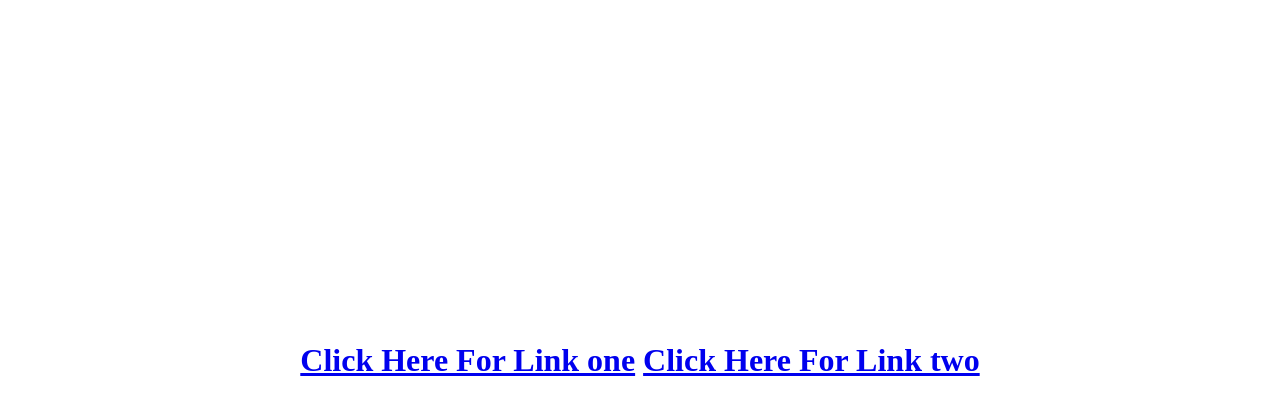
Repository: deeptimahisare1206/Spring_MVC
Page: http://localhost/Spring_MVC_1/
The author's editor kept a copy of each file at every save. The page is drawn from the files as they stood at one save, then again after the next save.
The browser window is 1280 px wide. The pictures show the whole page.
The page is served by Tomcat 9.

Above is the page before, as saved 2024-11-26 11:10:03.

After the next save:
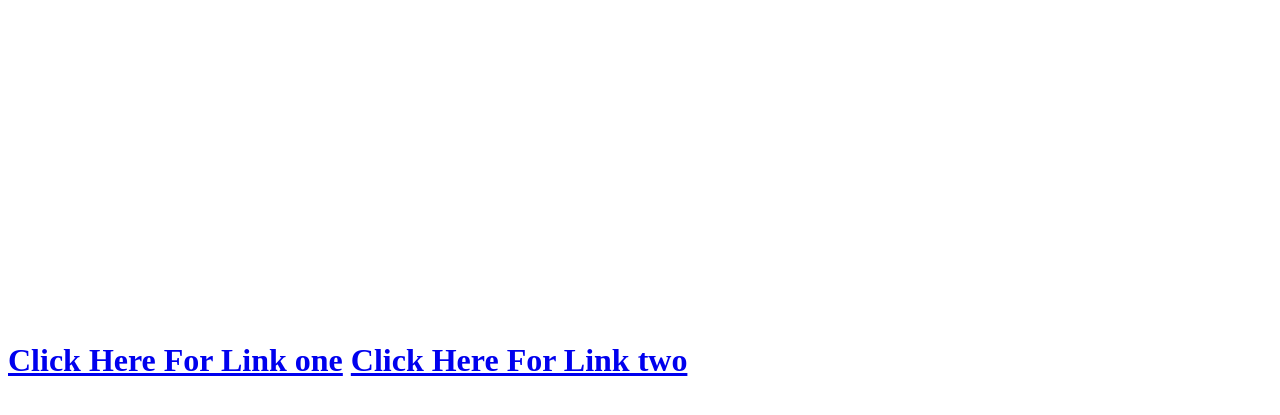
Saved 31 min 34 s later.
--- a/Spring_MVC_1/src/main/webapp/index.jsp
+++ b/Spring_MVC_1/src/main/webapp/index.jsp
@@ -5,8 +5,9 @@
 
 body {
 	background-color: #5cdcdcd;
-	display: grid;
+	display: flex;
 	place-items:center;
+
 }
 
 </style>
